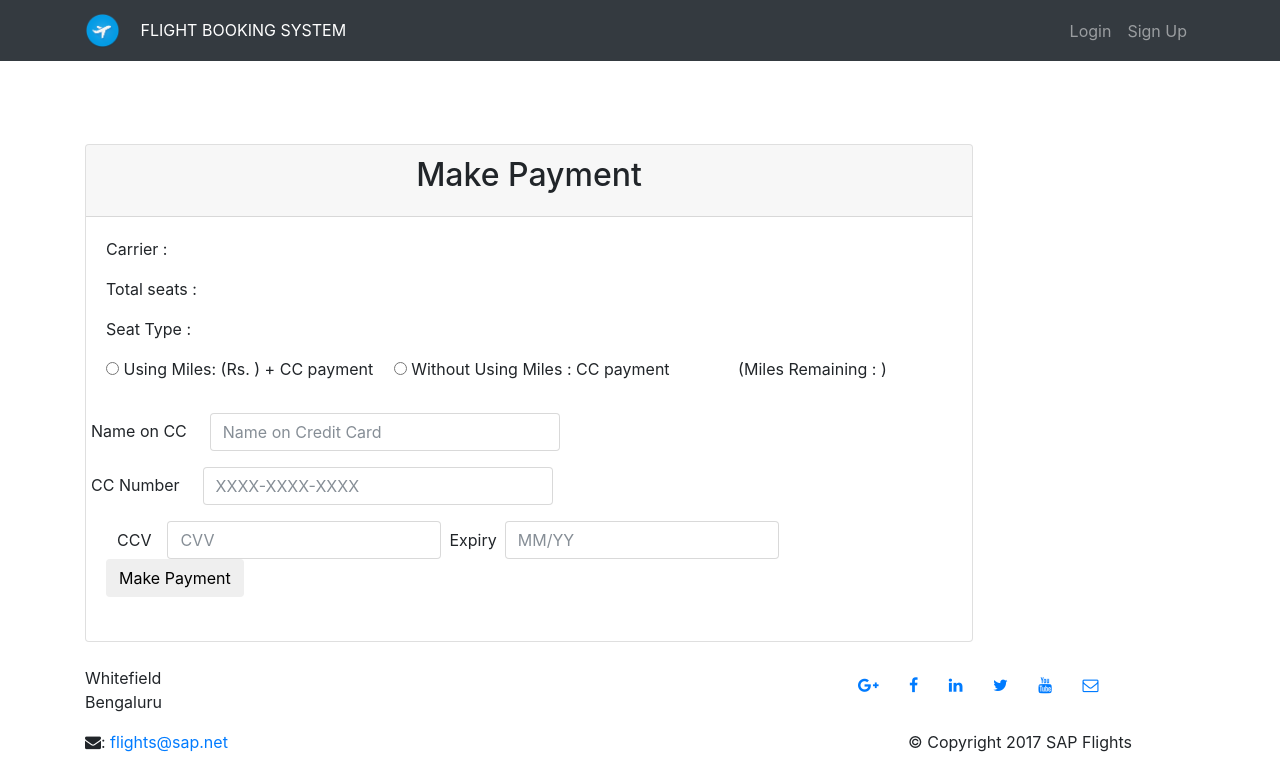
Repository: yashtatia/Spring-Practice
Page: http://localhost/FitnessTracker/WEB-INF/jsp/makePayment.jsp
The author's editor kept a copy of each file at every save. The page is drawn from the files as they stood at one save, then again after the next save.
The browser window is 1280 px wide. The pictures show the whole page.
Some web libraries are served in a nearby version. The page is served by Tomcat 9. Nobody is signed in. Other server files are loaded and not shown. The template is opened directly, without the code that normally fills it, so the values that code supplies are empty.

Above is the page before, as saved 2017-09-06 07:32:41.
Console error: SyntaxError: Unexpected token ';'

### FitnessTracker/src/main/webapp/WEB-INF/jsp/makePayment.jsp
<%@ taglib prefix="spring" uri="http://www.springframework.org/tags" %>
<%@ taglib prefix="form" uri="http://www.springframework.org/tags/form" %>

<jsp:include page="header.jsp" />
	<br>
	<br>
	<br>
	<br>
	<br>
	<br>
	<div class="container">
		<div class="card" style="max-width: 80%;" >
			<div class="card-header">
				<h2 class="card-title" align="center">Make Payment</h2>
			</div>
			<div class="card-block">
				<div class="card-body">
						<p>Carrier : ${flightSelected.airline}</p>
						<p>Total seats : ${flightSelected.seats}</p>
						<p>Seat Type : ${flightSelected.seat_class}</p>

						<form:form commandName="payment" class="form-horizontal" method="POST">

							  <label class="radio-inline" >
							    <form:radiobutton path="payment_choice" name="payment_choice" value="1" />
							     Using Miles: ${miles_used} (Rs. ${discount}) + ${fare_with_miles}  CC payment

							  </label>


							  <label class="radio-inline mx-3">
							    <form:radiobutton path="payment_choice" name="payment_choice" value="2" />
							    Without Using Miles : ${fare_without_miles}	CC payment
							  </label>
							  <label class="mx-5">
							  	(Miles Remaining : ${miles_remaining})
							  </label>

							<br />
							<br/>

							<div class="form-group row">
							    <label for="input1" class="col-xs-3 col-form-label mr-2">Name on CC</label>
							    <div class="col-sm-10">
							      <form:input path="cc_name" type="text" name="cc_name" id="cc_name" placeholder="Name on Credit Card" class="form-control" style="max-width: 50%;" />
							    </div>
							</div>
							<div class="form-group row">
							    <label for="input2" class="col-xs-3 col-form-label mr-2">CC Number</label>
							    <div class="col-sm-10">
							      <form:input path="cc_number" type="text" name="cc_number" id="cc_number" placeholder="XXXX-XXXX-XXXX" class="form-control" style="max-width: 50%;" />
							    </div>
							</div>
							<div class="form-row">
									<div class="form-inline">
										<label class="mr-sm-2 mb-0 mx-md-3" for="cvv">CCV</label>
											<form:input path="cc_cvv" type="password" name="cc_cvv" id="cc_cvv" placeholder="CVV" class="form-control mr-sm-2 mb-2 mb-sm-0"  />
									<label class="mr-sm-2 mb-0" for="last_name">Expiry</label>
											<form:input path="cc_expiry"  type="text" class="form-control mr-sm-2 mb-2 mb-sm-0" name="cc_expiry" id="cc_expiry" placeholder="MM/YY"/>
									</div>
							</div>


							<form:hidden path="flight_id"  name="flight_id" value="${flightSelected.flight_id}" />
							<form:hidden path="seat_type" name="seat_type" value="${flightSelected.seat_class_abbrev}" />
							<form:hidden path="seats" name="seats" value="${flightSelected.seats}" />
							<form:hidden path="fare_with_miles" name="fare_with_miles" value="${fare_with_miles}" />
							<form:hidden path="fare_without_miles" name="fare_without_miles" value="${fare_without_miles}" />
							<form:hidden path="miles_used" name="miles_used" value="${miles_used}" />
							<form:hidden path="miles_remaining" name="miles_remaining" value="${miles_remaining}" />
							<form:hidden path="miles_earned" name="miles_earned" value="${miles_earned}" />

							<button type="submit" name="" value="Make Payment" class="btn btn-default col-lg-offset-10" >Make Payment</button>
						</form:form>
				</div>

			</div>

			<br />



		</div>
	</div>
	<br/>

<jsp:include page="footer.jsp" />
<script type="text/javascript">
		$( document ).ready(function() {
		    preProcess();
		});

		function preProcess(){
			if($('input[name=payment_choice]:checked').val() == "with_miles"){
				var cc_remaining = ${fare_with_miles};
				if(cc_remaining == 0){
					$("#cc_name").prop("disabled", true);
					$("#cc_number").prop("disabled", true);
					$("#cc_cvv").prop("disabled", true);
					$("#cc_expiry").prop("disabled", true);
				}
			}
		}

		$('input[name=payment_choice]').on('change', function() {
			if($('input[name=payment_choice]:checked').val() == "with_miles"){
				var cc_remaining = ${fare_with_miles};
				if(cc_remaining == 0){
					$("#cc_name").prop("disabled", true);
					$("#cc_number").prop("disabled", true);
					$("#cc_cvv").prop("disabled", true);
					$("#cc_expiry").prop("disabled", true);
				}
			}else{
				$("#cc_name").prop("disabled", false);
				$("#cc_number").prop("disabled", false);
				$("#cc_cvv").prop("disabled", false);
				$("#cc_expiry").prop("disabled", false);
			}
		});
	</script>

### FitnessTracker/src/main/webapp/WEB-INF/jsp/header.jsp
<%@ taglib prefix="c" uri="http://java.sun.com/jsp/jstl/core"%>
<%@ taglib prefix="form" uri="http://www.springframework.org/tags/form" %>
<%@ taglib prefix="spring" uri="http://www.springframework.org/tags" %>
<!DOCTYPE html>
<html>
<head>
	<meta charset="utf-8">
    <meta http-equiv="X-UA-Compatible" content="IE=edge">
    <meta name="viewport" content="width=device-width, initial-scale=1, shrink-to-fit=no">
	<title>Search Flights</title>
	<link rel="stylesheet" href="https://maxcdn.bootstrapcdn.com/bootstrap/4.0.0-beta/css/bootstrap.min.css" integrity="sha384-/Y6pD6FV/Vv2HJnA6t+vslU6fwYXjCFtcEpHbNJ0lyAFsXTsjBbfaDjzALeQsN6M" crossorigin="anonymous">
	<link href="https://maxcdn.bootstrapcdn.com/font-awesome/4.7.0/css/font-awesome.min.css" rel="stylesheet">
	<link rel="stylesheet" type="text/css" href="assets/css/jquery-ui.css">
</head>
<body>

	 <nav class="navbar navbar-expand-md navbar-dark bg-dark fixed-top">
            <div class="container">
                <div class="navbar-header">
	                <span><a class="navbar-brand" href="index.jsp"><img src="assets/img/sap.png" height=35 width=35></a></span>
	                <span style="color: white;">FLIGHT BOOKING SYSTEM</span>
                </div>

                <c:choose>
    				<c:when test="${not logInForm.loggedIn || logInForm == null}">
                       <ul class="navbar-nav bd-navbar-nav" style="cursor: pointer;">
	                        <li class="nav-item"><a class="nav-link" data-toggle="modal" data-target="#loginModal" id="login"><span class="glyphicon glyphicon-log-in"></span> Login</a></li>
	                        <li class="nav-item"><a class="nav-link" href="signUp.html"><span class="glyphicon glyphicon-log-in"></span> Sign Up</a></li>
	                    </ul>
	    			</c:when>
	    			<c:otherwise>
	                    <ul class="navbar-nav bd-navbar-nav" style="cursor: pointer;">
	                        <li class="nav-item dropdown">
	                            <a href="#" class="nav-link dropdown-toggle" data-toggle="dropdown"
	                             role="button" aria-haspopup="true" aria-expanded="false" style="color: white; ">
	                             <i class="fa fa-user-o" aria-hidden="true"></i>  ${userForm.fname} ${userForm.lname} <span class="caret"></span></a>
	                            <ul class="dropdown-menu">
	                                <li><a class="dropdown-item" href="#">Your Miles : ${userForm.air_miles}</a></li>
	                                <li><a class="dropdown-item" href="myBookings.html">MyBookings</a></li>
	                                <li><a class="dropdown-item" href="logout.html">Logout</a></li>
	                            </ul>
	                        </li>
	                    </ul>
	                </c:otherwise>
                </c:choose>


                </div>
        </nav>

    <c:if test="${logInForm.loggedIn == false || logInForm == null}">

	    <div id="loginModal" class="modal fade " role="dialog" aria-labelledby="loginModal" aria-hidden="true">
	        <div class="modal-dialog" style="max-width: 650px !important;">
	        <!-- Modal content-->
	        <div class="modal-content">
	            <div class="modal-header">
	                <h5 class="modal-title" id="exampleModalLabel">Login</h5>
			     	   <button type="button" class="close" data-dismiss="modal" aria-label="Close">
			        	  <span aria-hidden="true">&times;</span>
			       	 </button>
	            </div>
		        <div class="modal-body">
		            <form:form modelAttribute="logInForm" class="form-inline" id="loginForm" action="logIn.html" method="POST">
		                <div class="form-group">
		                    <label class="sr-only" for="InputEmail">Email address</label>
		                    <form:input path="username" type="email" class="form-control" id="Email" placeholder="Email" name="email" />
		                </div>
		                <div class="form-group mx-sm-3">
		                    <label class="sr-only" for="Password">Password</label>
		                    <form:input path="password" type="password" class="form-control" id="Password" placeholder="Password" name="password" />
		                </div>

	            		<div class="form-group mx-sm-3">
	            			<button type="button" class="btn btn-default btn-danger pull-right" data-dismiss="modal">Cancel</button>
		                	<button type="submit" class="btn btn-default btn-info pull-right">Sign in</button>
	            		</div>


	            	</form:form>
				</div>

	        </div>
	        </div>
	    </div>

    </c:if>

### FitnessTracker/src/main/webapp/WEB-INF/jsp/footer.jsp

	<footer class="row-footer">
        <div class="container">
            <div class="row row-content">

                <div class="col-md-8">
                    <address>
		              Whitefield<br>
		              Bengaluru<br>

                    </address>
                </div>
                <div class="col-md-4">
                    <div >
                        <a class="btn btn-social-icon btn-google-plus" href="http://google.com/+"><i class="fa fa-google-plus"></i></a>
                        <a class="btn btn-social-icon btn-facebook" href="http://www.facebook.com/profile.php?id="><i class="fa fa-facebook"></i></a>
                        <a class="btn btn-social-icon btn-linkedin" href="http://www.linkedin.com/in/"><i class="fa fa-linkedin"></i></a>
                        <a class="btn btn-social-icon btn-twitter" href="http://twitter.com/"><i class="fa fa-twitter"></i></a>
                        <a class="btn btn-social-icon btn-youtube" href="http://youtube.com/"><i class="fa fa-youtube"></i></a>
                        <a class="btn btn-social-icon" href="mailto:"><i class="fa fa-envelope-o"></i></a>
                    </div>
                </div>
             </div>
             <div class="row row-content">
                <div class="col-md-8">
		              <i class="fa fa-envelope"></i>:
                         <a href="mailto:flights@sap.net">
                         flights@sap.net</a>
                </div>
                <div class="col-md-4">
                    <p align=center> &copy; Copyright 2017 SAP Flights</p>
                </div>
             </div>
        </div>
    </footer>




<script src="https://code.jquery.com/jquery-3.2.1.slim.min.js" integrity="sha384-KJ3o2DKtIkvYIK3UENzmM7KCkRr/rE9/Qpg6aAZGJwFDMVNA/GpGFF93hXpG5KkN" crossorigin="anonymous"></script>
<script type="text/javascript" src="http://code.jquery.com/jquery-3.2.1.min.js"></script>
<script type="text/javascript" src="assets/js/jquery-ui.min.js"></script>
<script src="https://cdnjs.cloudflare.com/ajax/libs/popper.js/1.11.0/umd/popper.min.js" integrity="sha384-b/U6ypiBEHpOf/4+1nzFpr53nxSS+GLCkfwBdFNTxtclqqenISfwAzpKaMNFNmj4" crossorigin="anonymous"></script>
<script src="https://maxcdn.bootstrapcdn.com/bootstrap/4.0.0-beta/js/bootstrap.min.js" integrity="sha384-h0AbiXch4ZDo7tp9hKZ4TsHbi047NrKGLO3SEJAg45jXxnGIfYzk4Si90RDIqNm1" crossorigin="anonymous"></script>

<script>
        $().button('toggle');
        $(document).ready(function(){
            $("#login").click(function(){
                console.log("yo!");
                $("#loginModal").modal();
            });
        });

        $(document).ready(function(){
            $("#table").click(function(){
                $("#tableModal").modal();
            });
        });
</script>
</body>
</html>

Loaded but not shown: FitnessTracker/src/main/webapp/assets/css/jquery-ui.css (library); FitnessTracker/src/main/webapp/assets/js/jquery-ui.min.js (library)

After the next save:
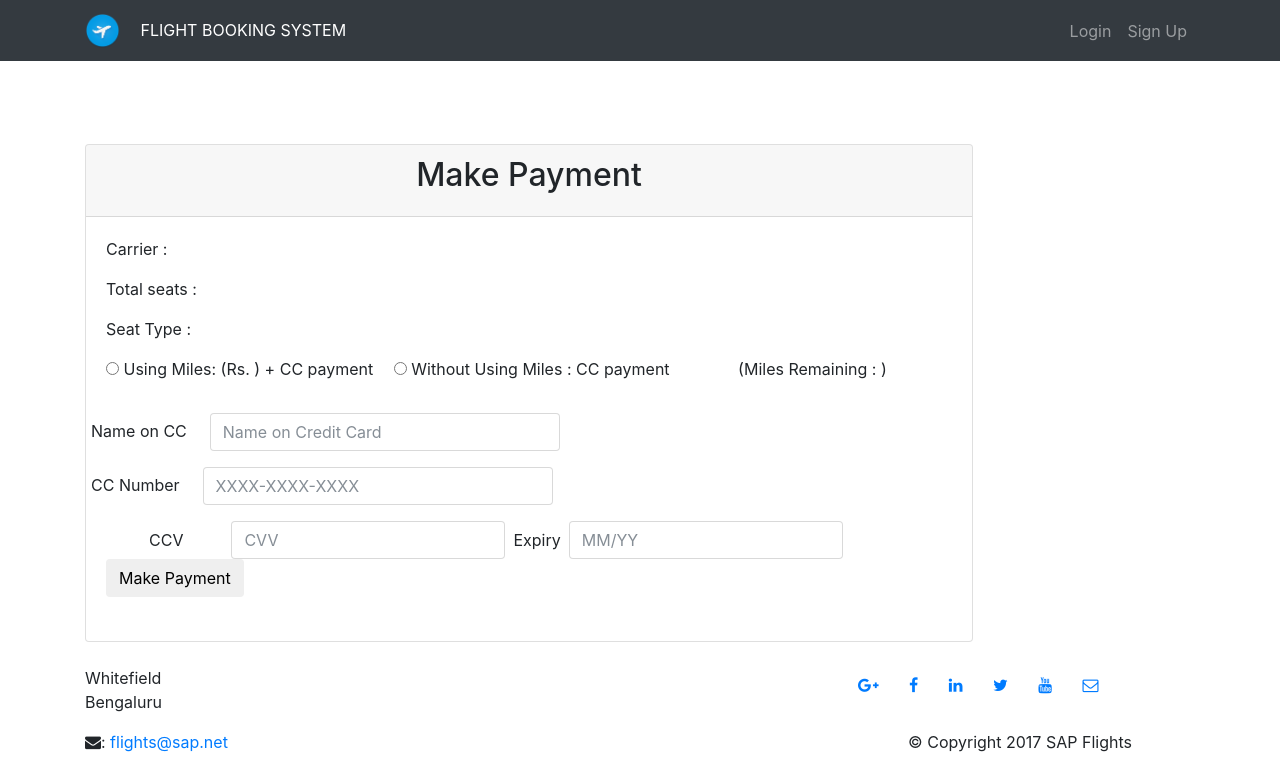
Saved 8 s later.
--- a/FitnessTracker/src/main/webapp/WEB-INF/jsp/makePayment.jsp
+++ b/FitnessTracker/src/main/webapp/WEB-INF/jsp/makePayment.jsp
@@ -53,7 +53,7 @@
 							</div>
 							<div class="form-row">
 									<div class="form-inline">
-										<label class="mr-sm-2 mb-0 mx-md-3" for="cvv">CCV</label>
+										<label class="mr-sm-2 mb-0 mx-md-5" for="cvv">CCV</label>
 											<form:input path="cc_cvv" type="password" name="cc_cvv" id="cc_cvv" placeholder="CVV" class="form-control mr-sm-2 mb-2 mb-sm-0"  />
 									<label class="mr-sm-2 mb-0" for="last_name">Expiry</label>
 											<form:input path="cc_expiry"  type="text" class="form-control mr-sm-2 mb-2 mb-sm-0" name="cc_expiry" id="cc_expiry" placeholder="MM/YY"/>
